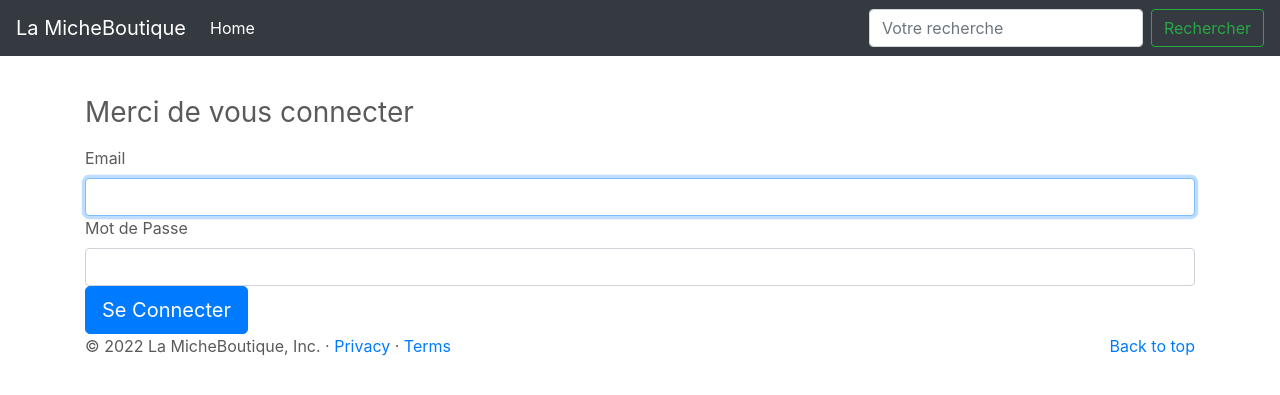
Repository: Michelhof1978/La-MicheBoutique
Page: templates/security/login.html.twig
The author's editor kept a copy of each file at every save. The page is drawn from the files as they stood at one save, then again after the next save.
The browser window is 1280 px wide. The pictures show the whole page.
The page is a Twig template of a Symfony application; nobody is signed in and links lead nowhere. The template is opened directly, without the code that normally fills it, so the values that code supplies are empty.

Above is the page before, as saved 2022-01-17 10:29:41.

After the next save:
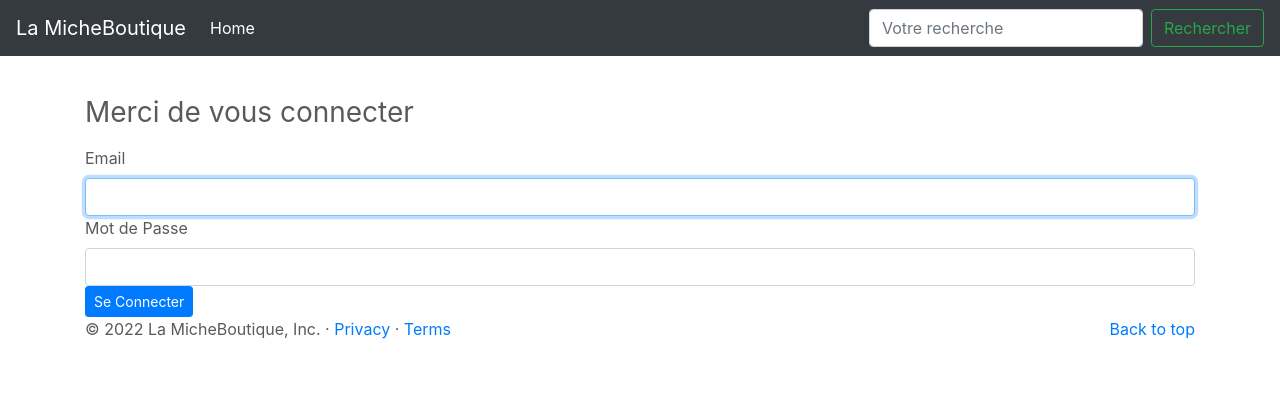
Saved 34 s later.
--- a/templates/security/login.html.twig
+++ b/templates/security/login.html.twig
@@ -35,7 +35,7 @@
         </div>
     #}
 
-    <button class="btn btn-lg btn-primary btn-sn" type="submit">
+    <button class="btn btn-lg btn-primary btn-sm" type="submit">
         Se Connecter
     </button>
 </form>
